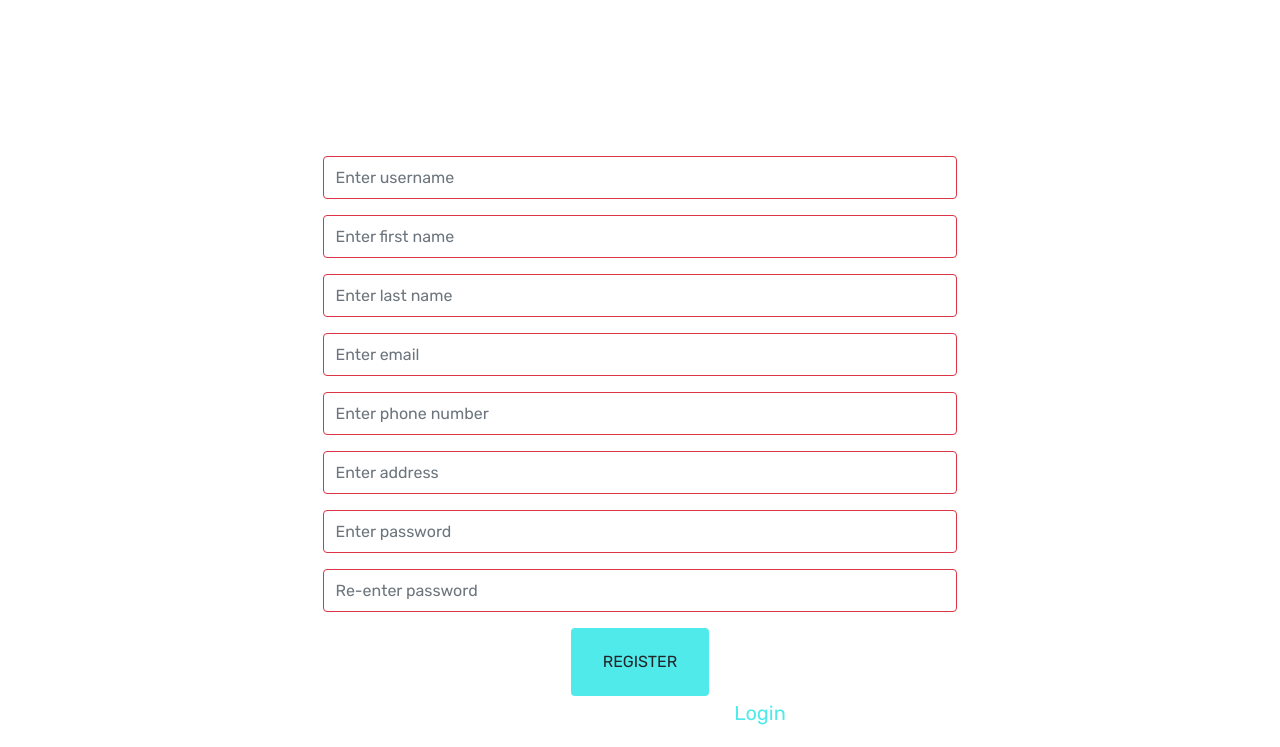
Repository: Argivist/Web-Doctor
Page: http://localhost/login/register.php
The author's editor kept a copy of each file at every save. The page is drawn from the files as they stood at one save, then again after the next save.
The browser window is 1280 px wide. The pictures show the whole page.
Some web fonts or font styles are not loaded; a fallback is used. The page is run by PHP 8.4 with error messages shown; the project is at /var/www/html/.

Above is the page before, as saved 2024-02-18 18:49:58.

### login/register.php
<!DOCTYPE html>
<html lang="en">

<head>
    <meta charset="UTF-8">
    <meta name="viewport" content="width=device-width, initial-scale=1.0">
    <title>Document</title>
    <link href="https://fonts.googleapis.com/css?family=Rubik:400,700|Crimson+Text:400,400i" rel="stylesheet">
    <link rel="stylesheet" href="fonts/icomoon/style.css">
    <link rel="stylesheet" href="../css/bootstrap.min.css">
    <link rel="stylesheet" href="../css/magnific-popup.css">
    <link rel="stylesheet" href="../css/jquery-ui.css">
    <link rel="stylesheet" href="../css/owl.carousel.min.css">
    <link rel="stylesheet" href="../css/owl.theme.default.min.css">
    <link rel="stylesheet" href="../css/style.css">
    <link rel="stylesheet" href="../css/aos.css">
</head>

<body>
    <div class="site-wrap justify-content-center" >

        <div class="site-blocks-cover" >
            <div class="container">
                <div class="row">
                    <div class="col-lg-7 mx-auto order-lg-2 align-self-center">
                        <div class="site-block-cover-content text-center">
                            <h2 class="sub-title"><?php if (isset($_GET['error'])) {
                                                        echo $_GET['error'];
                                                    } else {
                                                        echo "Convinience Prescription Delivery, Secure Medication Purchases and others";
                                                    } ?></h2>
                            <h1>Sign Up</h1>
                            <form action="../actions/login_user.php" method="POST" class="was-validated">
                                <div class="mb-3 mt-3 ">
                                    <input type="text" class="form-control" id="uname" placeholder="Enter username" name="uname" required>
                                </div>
                                <div class="mb-3">
                                    <!--firstname-->
                                    <input type="text" class="form-control" id="fname" placeholder="Enter first name" name="fname" required>
                                </div>
                                <div class="mb-3">
                                    <input type="text" class="form-control" id="lname" placeholder="Enter last name" name="lname" required>
                                </div>
                                <div class="mb-3">
                                    <input type="email" class="form-control" id="email" placeholder="Enter email" name="email" required>
                                </div>
                                <div class="mb-3">
                                    <input type="text" class="form-control" id="phone" placeholder="Enter phone number" name="phone" required>
                                </div>
                                <div class="mb-3">
                                    <input type="text" class="form-control" id="address" placeholder="Enter address" name="address" required>
                                </div>
                                <div class="mb-3">
                                    <input type="password" class="form-control" id="pwd" placeholder="Enter password" name="passwd" required>
                                </div>
                                <div class="mb-3">
                                    <input type="password" class="form-control" id="pwd" placeholder="Re-enter password" name="passwd" required>
                                </div>
                                <div class="mb-3" style="margin-bottom:30px;">
                                    <button type="submit" class="btn btn-primary">Register</button>
                                    <p>Already have an account?<a href="login.php">Login</a></p>
                                </div>

                            </form>
                        </div>
                    </div>
                </div>

            </div>
</body>

</html>

Loaded but not shown: css/bootstrap.min.css (library); css/magnific-popup.css (library); css/jquery-ui.css (library); css/owl.carousel.min.css (common file); css/owl.theme.default.min.css (common file); css/aos.css (library); css/style.css (1125 lines, source omitted)

After the next save:
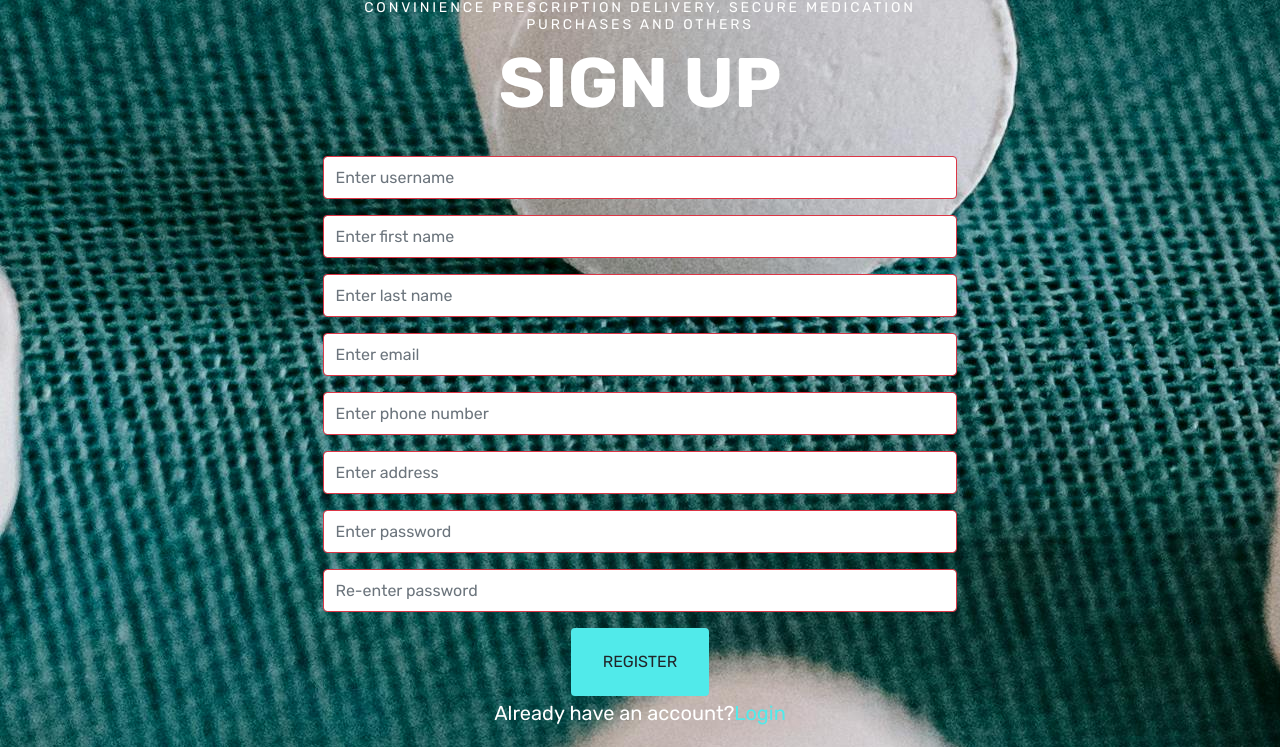
Saved 5 s later.
--- a/login/register.php
+++ b/login/register.php
@@ -16,7 +16,7 @@
     <link rel="stylesheet" href="../css/aos.css">
 </head>
 
-<body>
+<body style="background-image: url('../img/background/pharmacy_1.jpg');">
     <div class="site-wrap justify-content-center" >
 
         <div class="site-blocks-cover" >
